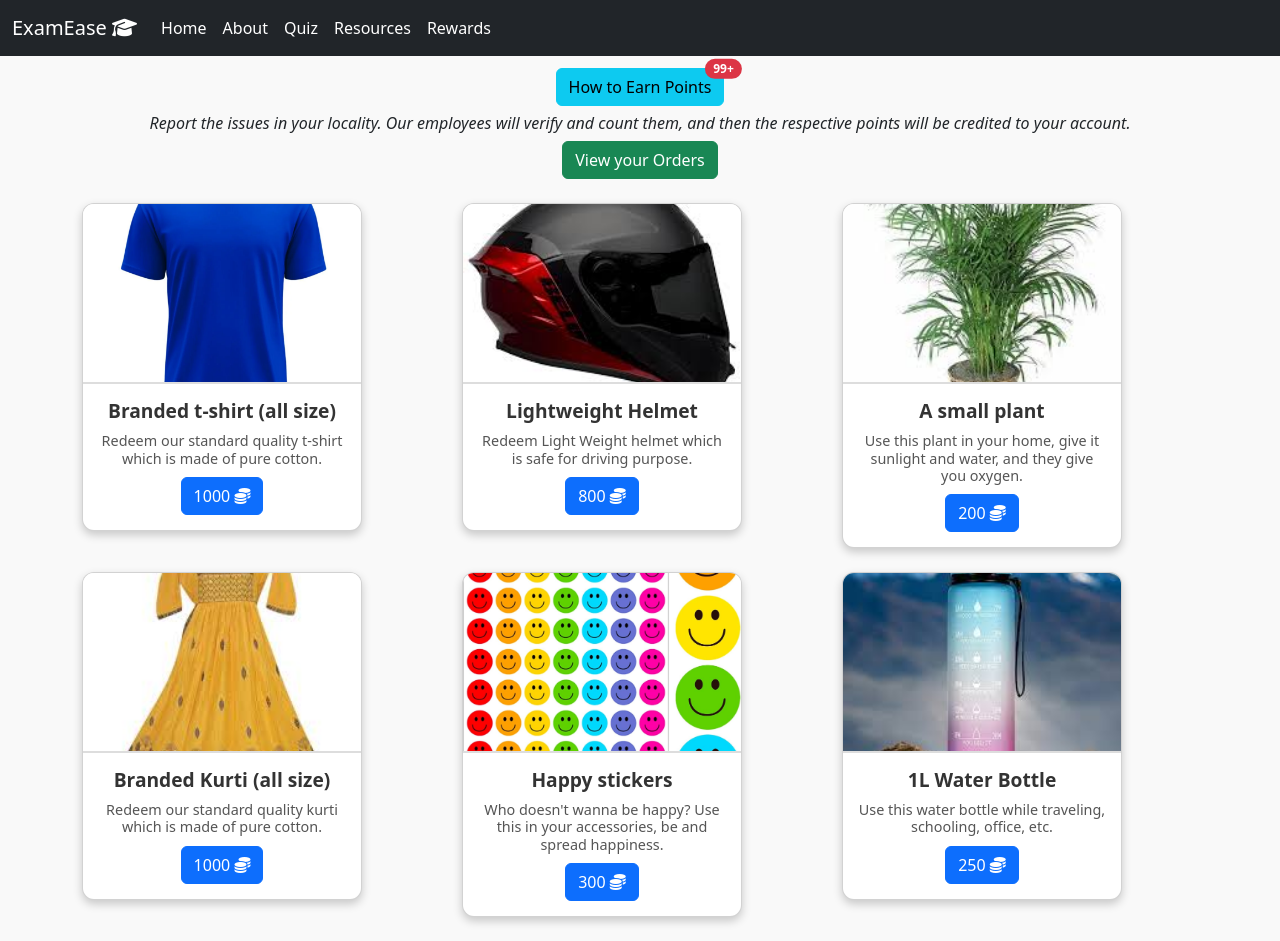
Repository: rahul-chakradhari/devquest
Page: /rew (app in project/)
The author's editor kept a copy of each file at every save. The page is drawn from the files as they stood at one save, then again after a run of saves.
The browser window is 1280 px wide. The pictures show the whole page.
The project was rebuilt for these pictures with package versions that can differ from the ones it lists, and the page was loaded fresh each time. Also part of the build but not shown: project/vite.config.js, project/src/components/Home.jsx, project/src/components/About.jsx, project/src/components/ProgressBar.jsx, project/src/components/PerformanceAnalysis.jsx, project/src/components/Quiz.jsx, project/src/components/Resources.jsx, project/src/index.css.

Above is the page before, as saved 2025-02-24 15:51:55.

After the next 2 saves:
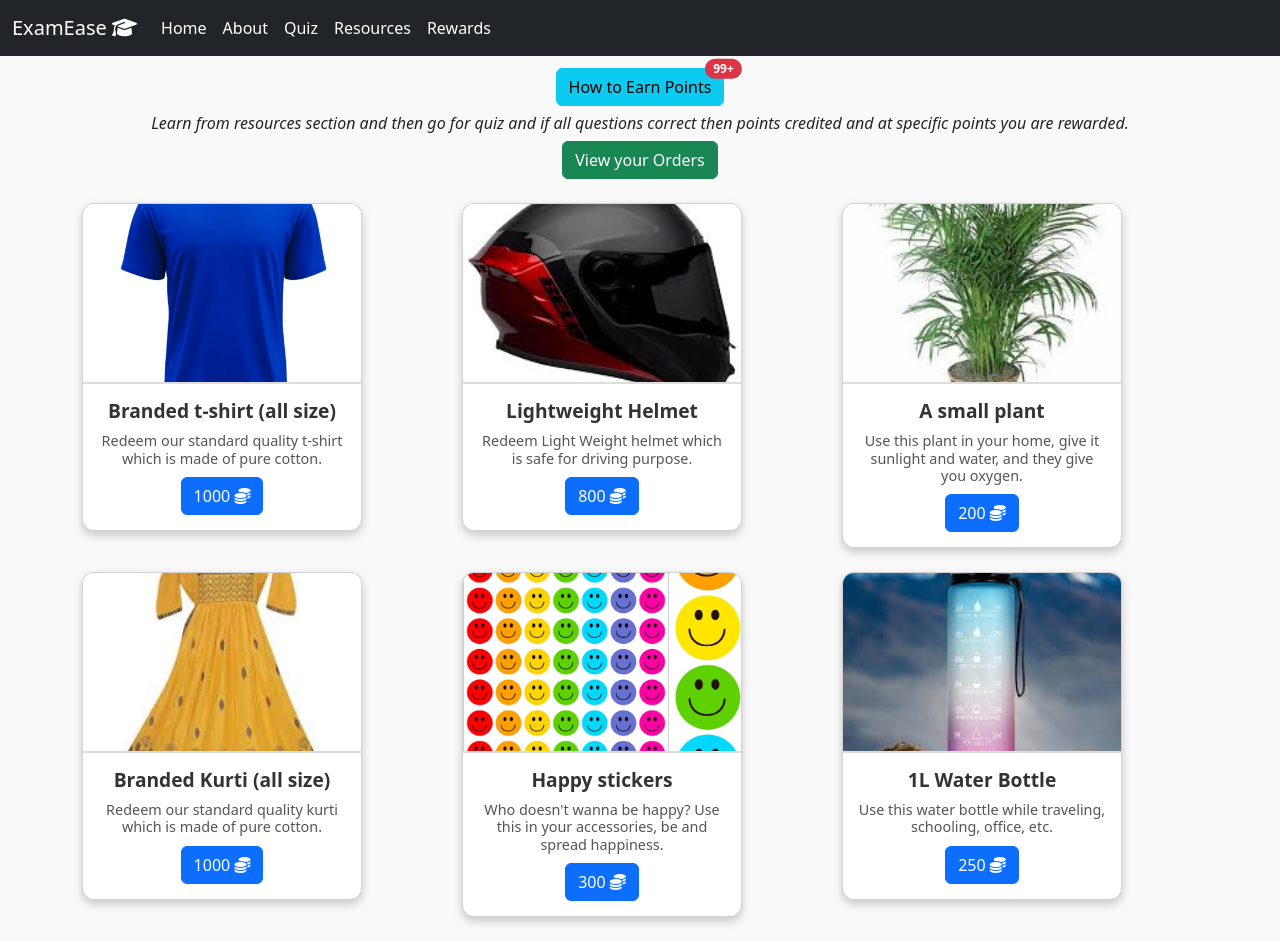
The 2 saves are shown as one change because they came seconds apart.
The last was saved 92 s later.
--- a/project/src/components/Rewards.jsx
+++ b/project/src/components/Rewards.jsx
@@ -59,9 +59,9 @@ const Rewards = () => {
         </button>
         <h6 className="iss mt-2">
           <i>
-            Report the issues in your locality. Our employees will verify and
-            count them, and then the respective points will be credited to your
-            account.
+            Learn from resources section and then go for quiz and if all
+            questions correct then points credited and at specific points you
+            are rewarded.
           </i>
         </h6>
         <button type="button" className="btn btn-success">
